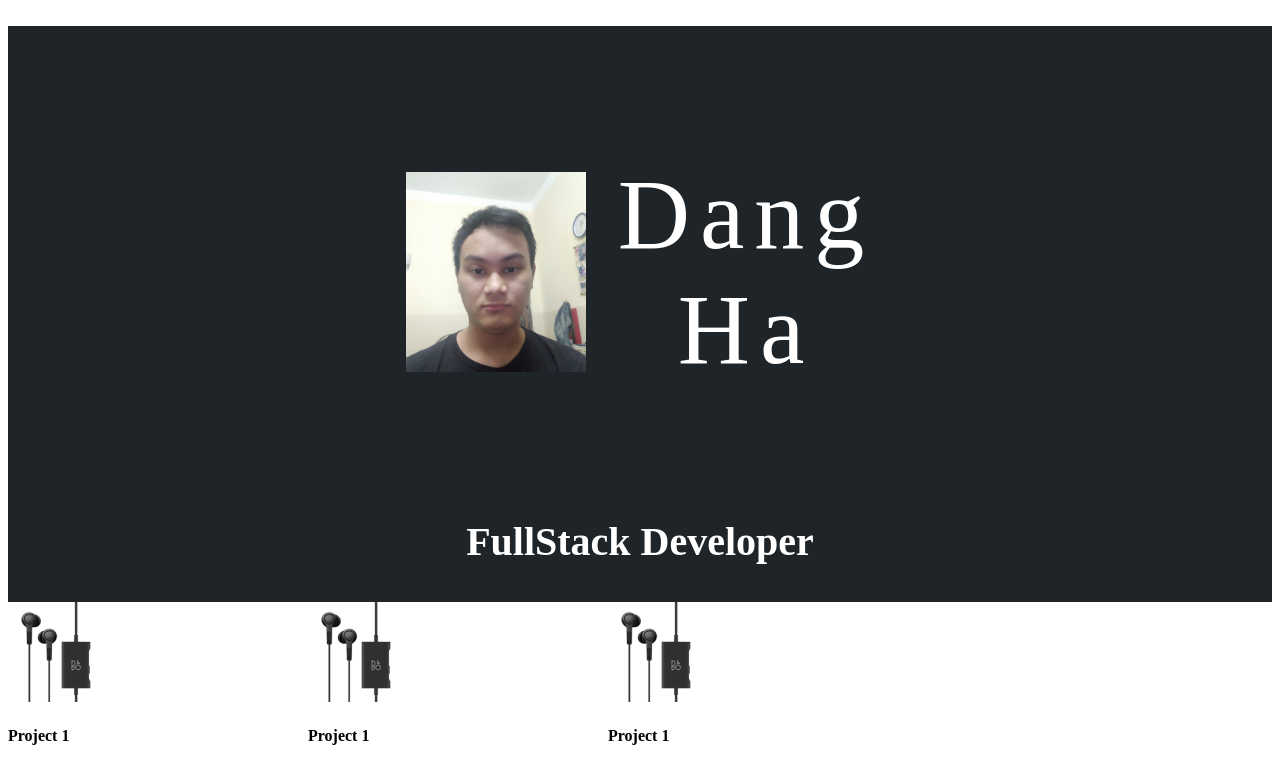
Repository: hagit01/ha-portfolio
Page: home.html
These files come from the project's save history. The page is drawn as it stood at one moment and after a run of saves; the edit follows.
The browser window is 1280 px wide. The pictures show the whole page.

Above is the page before, as saved 2021-07-30 10:35:45.

### home.html
<!DOCTYPE html>
<html>
<head>
    <meta charset="utf-8" >
    <meta http-equiv="X-UA-Compatible" content="IE=edge" >
    <title>Dang Ha</title>
    <meta name="viewport" content="width=device-width, initial-scale=1" />
    <link rel="stylesheet" type="text/css" media="screen" href="main.css" >
</head>

<body>

    <section class="navbar-nav">

        <a class="nav-link" href="#">
            Projects
        </a>

        <a class="nav-link" href="#">
            Courses
        </a>

        <a class="nav-link" href="#">
            Contact
        </a>

    </section>

    <section class="hero">
        <div class="hero--content">
            <div class="hero--content--intro">
                <img id="profile_pic" src="images/dangha.jpg" alt="">
                <h1 class="intro--name">Dang <br> Ha</h1>
            </div>
            <div class="hero--content--subsection">
                <h3 class="description">FullStack Developer</h3>
                <p class="slogan">I learn to code to get a job</p>
            </div>
        </div>
    </section>

    <section class="container">
        <div class="projects--wrapper">
            <div class="project--column">
                <img class="project--thumbnail" src="images/1.png" alt="" >
                <div class="project--body">
                    <h4>Project 1</h4>
                </div>
            </div>
            <div class="project--column">
                <img class="project--thumbnail" src="images/1.png" alt="" >
                <div class="project--body">
                    <h4>Project 1</h4>
                </div>
            </div>
            <div class="project--column">
                <img class="project--thumbnail" src="images/1.png" alt="" >
                <div class="project--body">
                    <h4>Project 1</h4>
                </div>
            </div>
        </div>

    </section>

</body>



</html>

### main.css
.navigation-bar{
    background-color: #1F2428;
    height: 50px;
    display:flex;
    justify-content: center;
}

.nav-link{
    color: #fff;
}

.hero{
    background-color: #1F2428;
    height: 80vh;
    color:#fff;
}

#profile_pic{
    height: 200px;
    width: 180px;
    object-fit: cover;
}

.hero--content{
    width: 1000;
    margin: 0 auto;
    padding: 3em;
}

.hero--content--intro{
    display: flex;
    color: #fff;
    justify-content: center;
    align-items: center;
    gap: 2em;
    margin-bottom: 3em;
}

.hero--content--subsection{
    text-align: center;
}

.intro--name{
    font-size: 100px;
    letter-spacing: .1em;
    font-weight: 20;
    text-align: center;
}

.description{
    font-size: 40px;
}

.slogan{
    font-size:22px;
}

.projects--wrapper{
    display: flex;
}

.project--column{
    width: 300px;
}

.project--thumbnail{
    width: 100px;
}

After the next 2 saves:
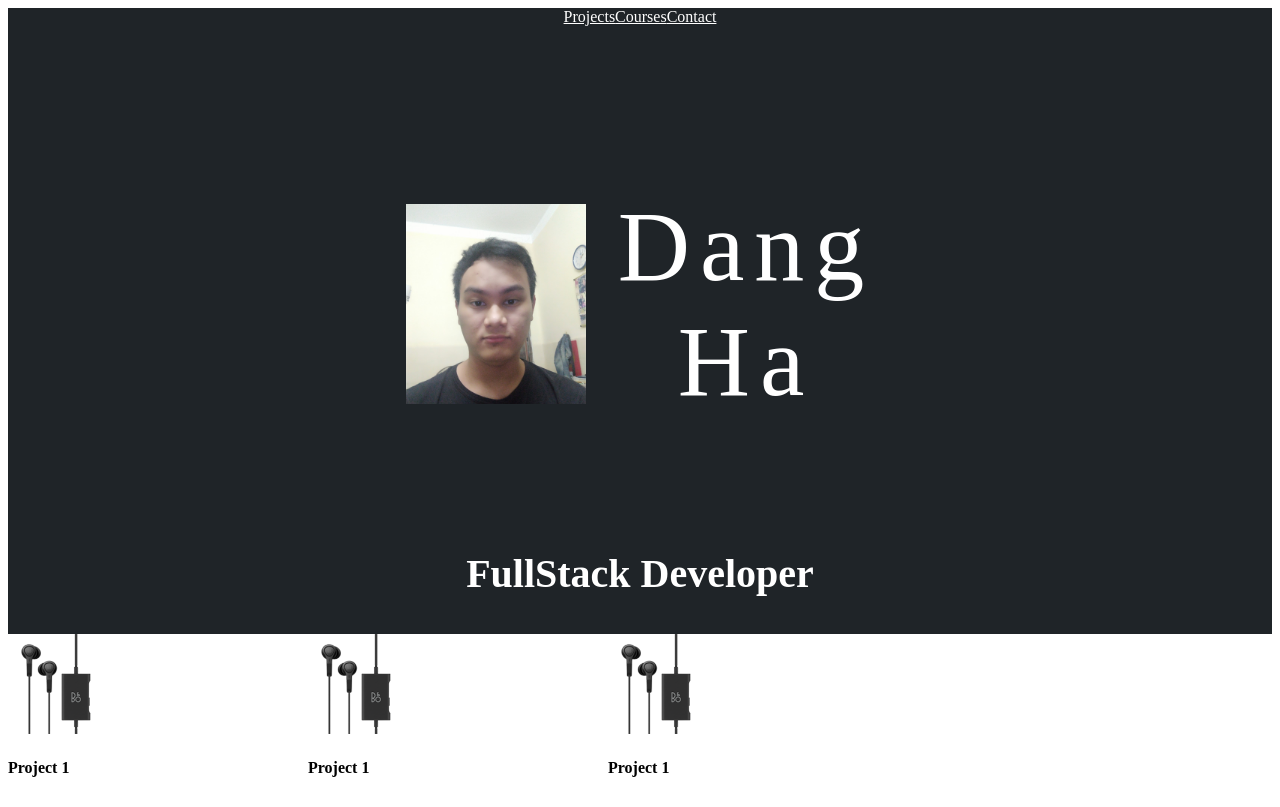
The 2 saves are shown as one change because they came seconds apart.
The last was saved 13 s later.
--- a/home.html
+++ b/home.html
@@ -10,7 +10,7 @@
 
 <body>
 
-    <section class="navbar-nav">
+    <section class="navigation-bar">
 
         <a class="nav-link" href="#">
             Projects
